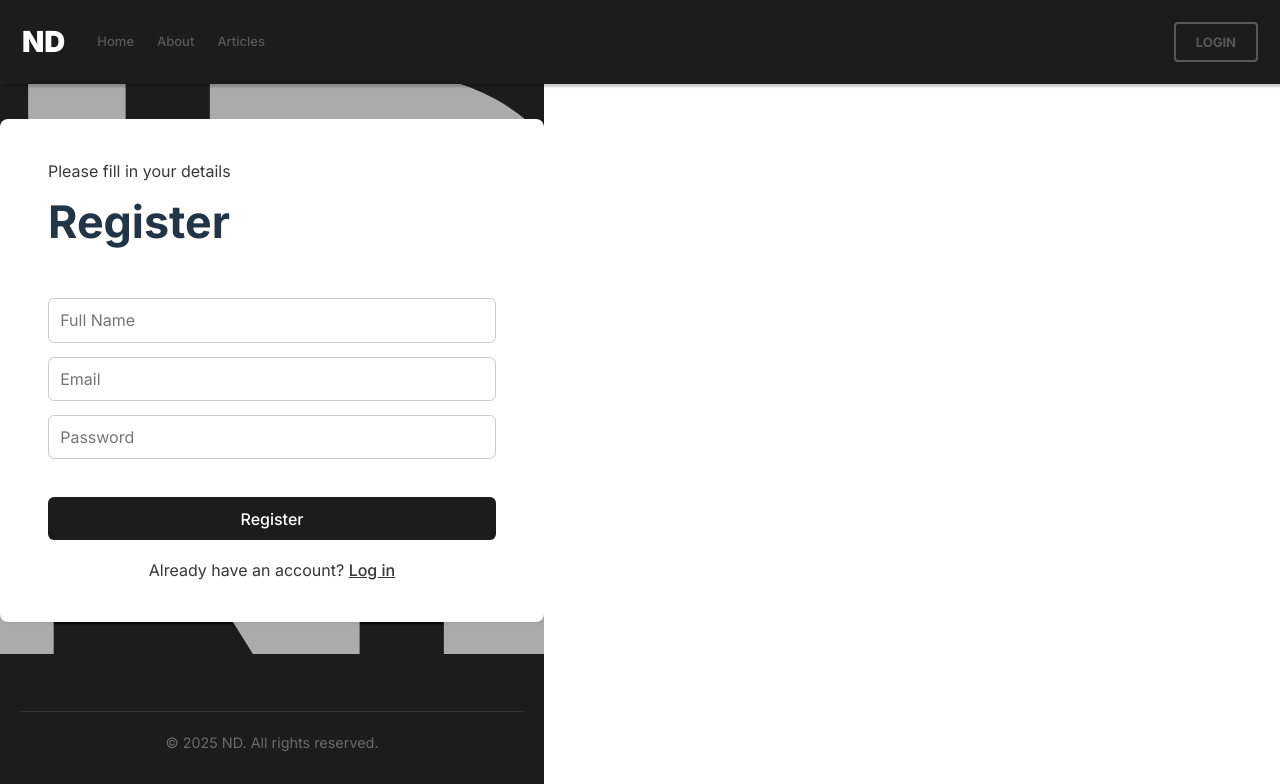
Repository: neomdavid/advancedwebprogramming
Page: /register
These files come from the project's save history. The page is drawn as it stood at one moment and after the next save; the edit follows.
The browser window is 1280 px wide. The pictures show the whole page.
The project was rebuilt for these pictures with package versions that can differ from the ones it lists, and the page was loaded fresh each time. Also part of the build but not shown: vite.config.js, src/styles/AboutPage.css, src/pages/AboutPAge.jsx, src/styles/ArticleList.css, src/article-content.js, src/components/ArticleList.jsx, src/pages/ArticleListPage.jsx, src/styles/ArticlePage.css and 7 more.

Above is the page before, as saved 2025-04-22 09:12:18.

### index.html
<!DOCTYPE html>
<html lang="en">
  <head>
    <meta charset="UTF-8" />
    <link rel="icon" type="image/svg+xml" href="/vite.svg" />
    <meta name="viewport" content="width=device-width, initial-scale=1.0" />
    <link rel="preconnect" href="https://fonts.googleapis.com" />
    <link rel="preconnect" href="https://fonts.gstatic.com" crossorigin />
    <link
      href="https://fonts.googleapis.com/css2?family=Inter:ital,opsz,wght@0,14..32,100..900;1,14..32,100..900&display=swap"
      rel="stylesheet"
    />
    <title>Vite + React</title>
  </head>
  <body>
    <div id="root"></div>
    <script type="module" src="/src/main.jsx"></script>
  </body>
</html>

### src/App.jsx
import "./App.css";
import Layout from "./components/Layout";
import AboutPage from "./pages/AboutPAge";
import ArticleListPage from "./pages/ArticleListPage";
import ArticlePage from "./pages/ArticlePage";
import HomePage from "./pages/HomePage";
import { createBrowserRouter, RouterProvider } from "react-router-dom";
import NotFoundPage from "./pages/NotFoundPage";
import LoginPage from "./pages/LoginPage";
import RegistrationPage from "./pages/RegistrationPage";
import WelcomePage from "./pages/WelcomePage";

const routes = [
  {
    path: "/",
    element: <Layout />,
    errorElement: <NotFoundPage />,
    children: [
      {
        path: "/",
        element: <HomePage />,
      },
      {
        path: "/about",
        element: <AboutPage />,
      },
      {
        path: "/articles",
        element: <ArticleListPage />,
      },
      {
        path: "/articles/:id",
        element: <ArticlePage />,
      },
      {
        path: "/login",
        element: <LoginPage />,
      },
      {
        path: "/register",
        element: <RegistrationPage />,
      },
      {
        path: "/welcome",
        element: <WelcomePage />,
      },
    ],
  },
];

const router = createBrowserRouter(routes);

function App() {
  return (
    <>
      <RouterProvider router={router} />
    </>
  );
}

export default App;

### src/App.css
* {
  margin: 0;
  padding: 0;
  font-family: "Inter";
}

button {
  padding: 0;
  margin: 0;
  border: none;
}

nav a,
a {
  color: inherit;
  text-decoration: none;
}
nav ul {
  list-style: none;
  padding: 0;
  margin: 0;
}
.heading {
  font-size: 2.5rem;
  margin-bottom: 1.5rem;
  color: rgb(51, 51, 51);
}

.content {
  line-height: 1.6;
  margin-bottom: 1.5rem;
  font-size: 1.1rem;
}

.outlet-container {
  margin-top: 80px;
}
footer {
  background-color: #1c1c1c;
  color: white;
  display: flex;
  flex-direction: column;
  align-items: center;
  padding: 30px 20px;
  gap: 30px;
  text-align: center;
}

.footer-item-container {
  display: grid;
  grid-template-columns: 1fr;
  gap: 30px;
  width: 100%;
  max-width: 1200px;
}

.footer-item {
  margin-bottom: 20px;
}

.footer-item h2 {
  font-size: 1.1rem;
  margin-bottom: 15px;
  text-transform: uppercase;
  color: #c7c7c7;
}

.footer-item p {
  margin: 8px 0;
  color: #a8a8a8;
}

.social-links {
  display: flex;
  flex-direction: column;
  gap: 8px;
}

.social-links a {
  color: #a8a8a8;
  display: flex;
  align-items: center;
  gap: 8px;
  justify-content: center;
  text-decoration: none;
  transition: color 0.3s ease;
}

.social-links a:hover {
  color: white;
}

.footer-copyright {
  margin-top: 20px;
  color: #6a6a6a;
  font-size: 0.9rem;
  width: 100%;
  border-top: 1px solid #333;
  padding-top: 20px;
}

@media (min-width: 768px) {
  .footer-item-container {
    grid-template-columns: repeat(4, 1fr);
    text-align: center;
  }

  .social-links {
    align-items: center;
  }

  .footer-item {
    margin-bottom: 0;
  }
}

### src/components/Layout.jsx
import { Outlet } from "react-router-dom";
import Navbar from "./Navbar";
import "../App.css";
import Footer from "./Footer";
const Layout = () => {
  return (
    <>
      <Navbar />
      <div className="outlet-container">
        <Outlet />
      </div>

      <Footer />
    </>
  );
};

export default Layout;

### src/pages/RegistrationPage.jsx
import React, { useState } from "react";
import "../styles/LoginPage.css"; // same CSS as LoginPage
import { Link, useNavigate } from "react-router-dom";

const RegisterPage = () => {
  const [name, setName] = useState("");
  const [email, setEmail] = useState("");
  const [password, setPassword] = useState("");
  const navigate = useNavigate();

  const handleSubmit = (e) => {
    e.preventDefault();
    console.log("Registration submitted:", { name, email, password });

    navigate("/welcome", { state: { name } });
  };

  return (
    <main>
      <div className="card">
        <div className="card-bg">
          <p>ND</p>
        </div>
        <div className="card-bg-2">
          <p>ND</p>
        </div>
        <p>Please fill in your details</p>
        <h2>Register</h2>
        <input
          type="text"
          required
          placeholder="Full Name"
          value={name}
          onChange={(e) => setName(e.target.value)}
          className="input"
        />
        <input
          type="email"
          required
          placeholder="Email"
          value={email}
          onChange={(e) => setEmail(e.target.value)}
          className="input"
        />
        <input
          type="password"
          required
          placeholder="Password"
          value={password}
          onChange={(e) => setPassword(e.target.value)}
          className="input"
        />
        <button onClick={handleSubmit} className="login-button">
          Register
        </button>
        <p className="signup-text">
          Already have an account? <Link to={"/login"}>Log in</Link>
        </p>
      </div>
    </main>
  );
};

export default RegisterPage;

### src/components/Navbar.jsx
import React from "react";
import { Link, NavLink, useLocation } from "react-router-dom";
import Button from "./Button";
import "../styles/Navbar.css";

const Navbar = () => {
  const { pathname } = useLocation();

  // Logic to determine which button to show
  const showLogin = pathname === "/register";
  const showRegister = pathname === "/login";

  return (
    <nav className="">
      <div className="left-section">
        <div className="logo">
          <h1>
            N<span>D</span>
          </h1>
        </div>
        <ul>
          <li>
            <NavLink
              to="/"
              className={({ isActive }) =>
                isActive ? "nav-link active" : "nav-link"
              }
            >
              Home
            </NavLink>
          </li>
          <li>
            <NavLink
              to="/about"
              className={({ isActive }) =>
                isActive ? "nav-link active" : "nav-link"
              }
            >
              About
            </NavLink>
          </li>
          <li>
            <NavLink
              to="/articles"
              className={({ isActive }) =>
                isActive ? "nav-link active" : "nav-link"
              }
            >
              Articles
            </NavLink>
          </li>
        </ul>
      </div>

      {/* Conditionally render the login/register button */}
      {showLogin && (
        <Link to="/login">
          <Button>
            <p>Login</p>
          </Button>
        </Link>
      )}
      {showRegister && (
        <Link to="/register">
          <Button>
            <p>Register</p>
          </Button>
        </Link>
      )}
    </nav>
  );
};

export default Navbar;

### src/components/Footer.jsx
import React from "react";
import { FaInstagram, FaFacebookF, FaTwitter, FaYoutube } from "react-icons/fa";
import { useLocation } from "react-router-dom";

const Footer = () => {
  const currentPath = useLocation().pathname;
  console.log(currentPath);
  return (
    <footer>
      {!["/login", "/register"].includes(currentPath) ? (
        <>
          {" "}
          <h1>Look Good. Feel Good. Do Good</h1>
          <div className="footer-item-container">
            <div className="footer-item">
              <h2>Connect</h2>
              <div className="social-links">
                <a href="#">
                  <FaInstagram /> Instagram
                </a>
                <a href="#">
                  <FaFacebookF /> Facebook
                </a>
                <a href="#">
                  <FaTwitter /> Twitter
                </a>
                <a href="#">
                  <FaYoutube /> YouTube
                </a>
              </div>
            </div>

            <div className="footer-item">
              <h2>Locations</h2>
              <p>Makati City</p>
              <p>Cebu City</p>
              <p>Davao City</p>
              <p>Baguio City</p>
            </div>

            <div className="footer-item">
              <h2>Customer Care</h2>
              <p>Contact Us</p>
              <p>FAQs</p>
              <p>Shipping Policy</p>
              <p>Returns & Exchanges</p>
            </div>

            <div className="footer-item">
              <h2>Company</h2>
              <p>About Us</p>
              <p>Sustainability</p>
              <p>Careers</p>
              <p>Press</p>
            </div>
          </div>
        </>
      ) : (
        <></>
      )}

      <div className="footer-copyright">
        <p>&copy; {new Date().getFullYear()} ND. All rights reserved.</p>
      </div>
    </footer>
  );
};

export default Footer;

### src/components/Button.jsx
import "../styles/Button.css";
const Button = ({ children, onClick }) => {
  return (
    <button className="custom-button" onClick={onClick}>
      {children}
    </button>
  );
};

export default Button;

### src/styles/LoginPage.css
main {
  display: flex;
  justify-content: center;
  align-items: center;
  background-color: #1c1c1c;
  height: 80.7vh;
  position: relative;
  overflow: hidden;
}
.card {
  display: flex;
  flex-direction: column;
  background-color: white;
  padding: 2.5rem 3rem;
  border-radius: 8px;
  box-shadow: 2px 2px 2px rgba(0, 0, 0, 1);
  gap: 6px;
  width: 35vw;
  min-width: 250px;
  max-width: 500px;
  z-index: 4;
}

.card p {
  color: #373737;
  font-weight: 400;
}
.card h2 {
  font-size: 2.8rem;
  margin-bottom: 8%;
}
.input {
  padding: 0.7rem;
  font-size: 1rem;
  border: 1px solid #ccc;
  border-radius: 6px;
  outline: none;
  transition: border-color 0.3s ease;
  margin-bottom: 8px;
}

.input:focus {
  border-color: #1c1c1c;
}

.login-button {
  margin-top: 1.5rem;
  padding: 0.7rem;
  font-size: 1rem;
  background-color: #1c1c1c;
  color: white;
  border: none;
  border-radius: 6px;
  cursor: pointer;
  transition: background-color 0.3s ease;
}

.login-button:hover {
  background-color: #333;
}

.signup-text {
  text-align: center;
  margin-top: 12px;
}
.signup-text a {
  text-decoration: underline;
}
.signup-text a:hover {
  color: rgba(0, 0, 0, 0.329);
}

.card-bg {
  position: absolute;
  z-index: -1;
  right: -20rem;
  bottom: -15rem;
}
.card-bg p {
  font-size: 40rem;
  color: rgba(255, 255, 255, 0.633);
  font-weight: bold;
  z-index: 1;
}

.card-bg-2 {
  position: absolute;
  z-index: -1;
  top: -16rem;
  left: -20rem;
}
.card-bg-2 p {
  font-size: 40rem;
  color: rgba(255, 255, 255, 0.633);
  font-weight: bold;
  z-index: 1;
}

### src/styles/Navbar.css
nav {
  background-color: #1c1c1c;
  display: flex;
  justify-content: space-between;
  align-items: center;
  color: #ffffff;
  padding: 22px 22px;
  box-shadow: 3px 3px 2px rgba(0, 0, 0, 0.2);
  position: fixed;
  top: 0;
  left: 0;
  right: 0;
  z-index: 100000;
}
ul {
  display: flex;
  align-items: center;
  gap: 23px;
  font-size: small;
  font-weight: 600;
}
.left-section {
  display: flex;
  gap: 32px;
}

.logo h1 {
  font-weight: 900;
  font-size: 29px;
}
.logo span {
  font-weight: 900;
}

.nav-link {
  color: #585858;
  transition: all 0.3s;
}
.nav-link.active {
  color: white;
}
.nav-link:hover {
  color: #afafaf;
}
.nav-link.active:hover {
  color: white;
}

### src/styles/Button.css
.custom-button {
  padding: 10px 20px;
  background-color: transparent;
  border: solid 2px #585858;
  border-radius: 4px;
  color: #585858;
  text-transform: uppercase;
  font-weight: bold;
  font-size: small;
  transition: all 0.3s ease;
}
.custom-button:hover {
  cursor: pointer;
  border: solid 2px rgba(255, 255, 255, 0.811);
  color: rgba(255, 255, 255, 0.811);
  border-radius: 8px;
}

Loaded but not shown: src/main.jsx (common file); src/index.css (common file)

After the next save:
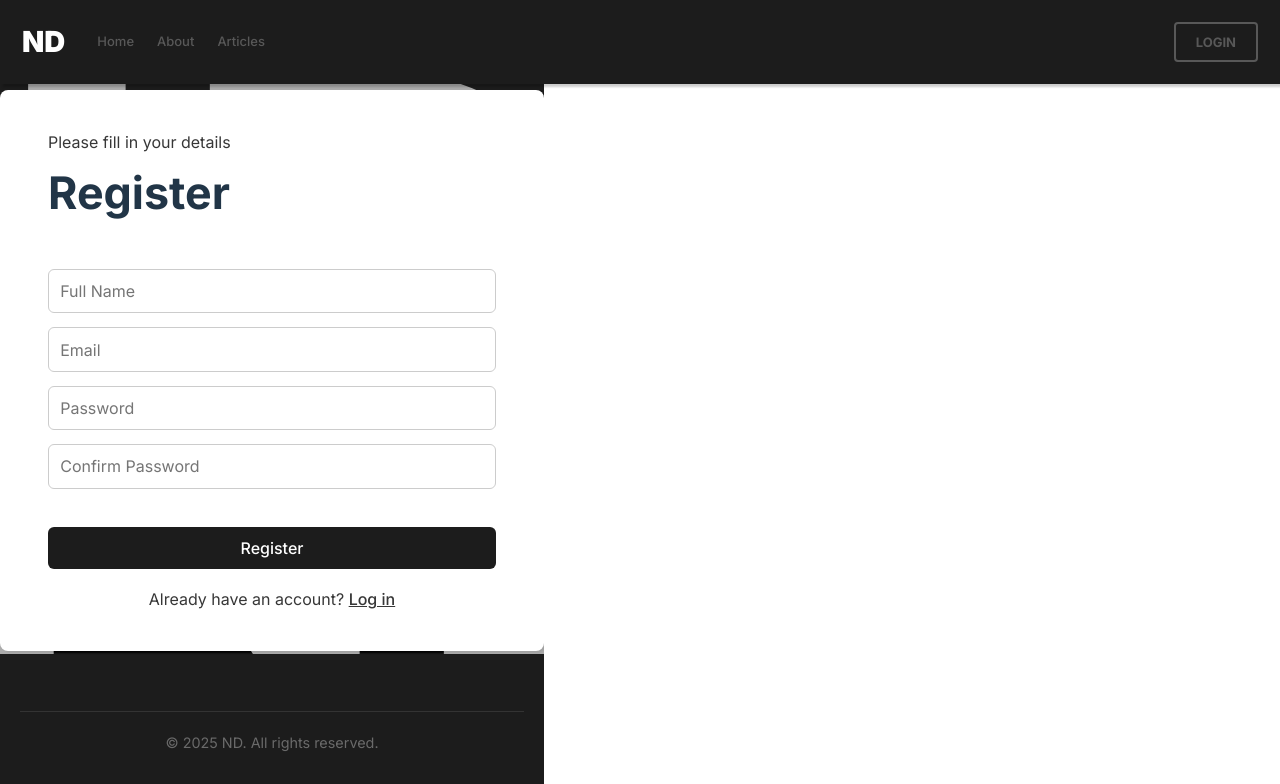
Saved 2 min 7 s later.
--- a/src/pages/RegistrationPage.jsx
+++ b/src/pages/RegistrationPage.jsx
@@ -1,17 +1,24 @@
 import React, { useState } from "react";
-import "../styles/LoginPage.css"; // same CSS as LoginPage
+import "../styles/LoginPage.css";
 import { Link, useNavigate } from "react-router-dom";
 
 const RegisterPage = () => {
   const [name, setName] = useState("");
   const [email, setEmail] = useState("");
   const [password, setPassword] = useState("");
+  const [confirmPassword, setConfirmPassword] = useState("");
+  const [error, setError] = useState("");
   const navigate = useNavigate();
 
   const handleSubmit = (e) => {
     e.preventDefault();
+
+    if (password !== confirmPassword) {
+      setError("Passwords do not match!");
+      return;
+    }
+
     console.log("Registration submitted:", { name, email, password });
-
     navigate("/welcome", { state: { name } });
   };
 
@@ -50,6 +57,15 @@ const RegisterPage = () => {
           onChange={(e) => setPassword(e.target.value)}
           className="input"
         />
+        <input
+          type="password"
+          required
+          placeholder="Confirm Password"
+          value={confirmPassword}
+          onChange={(e) => setConfirmPassword(e.target.value)}
+          className="input"
+        />
+        {error && <p style={{ color: "red", marginTop: "4px" }}>{error}</p>}
         <button onClick={handleSubmit} className="login-button">
           Register
         </button>
